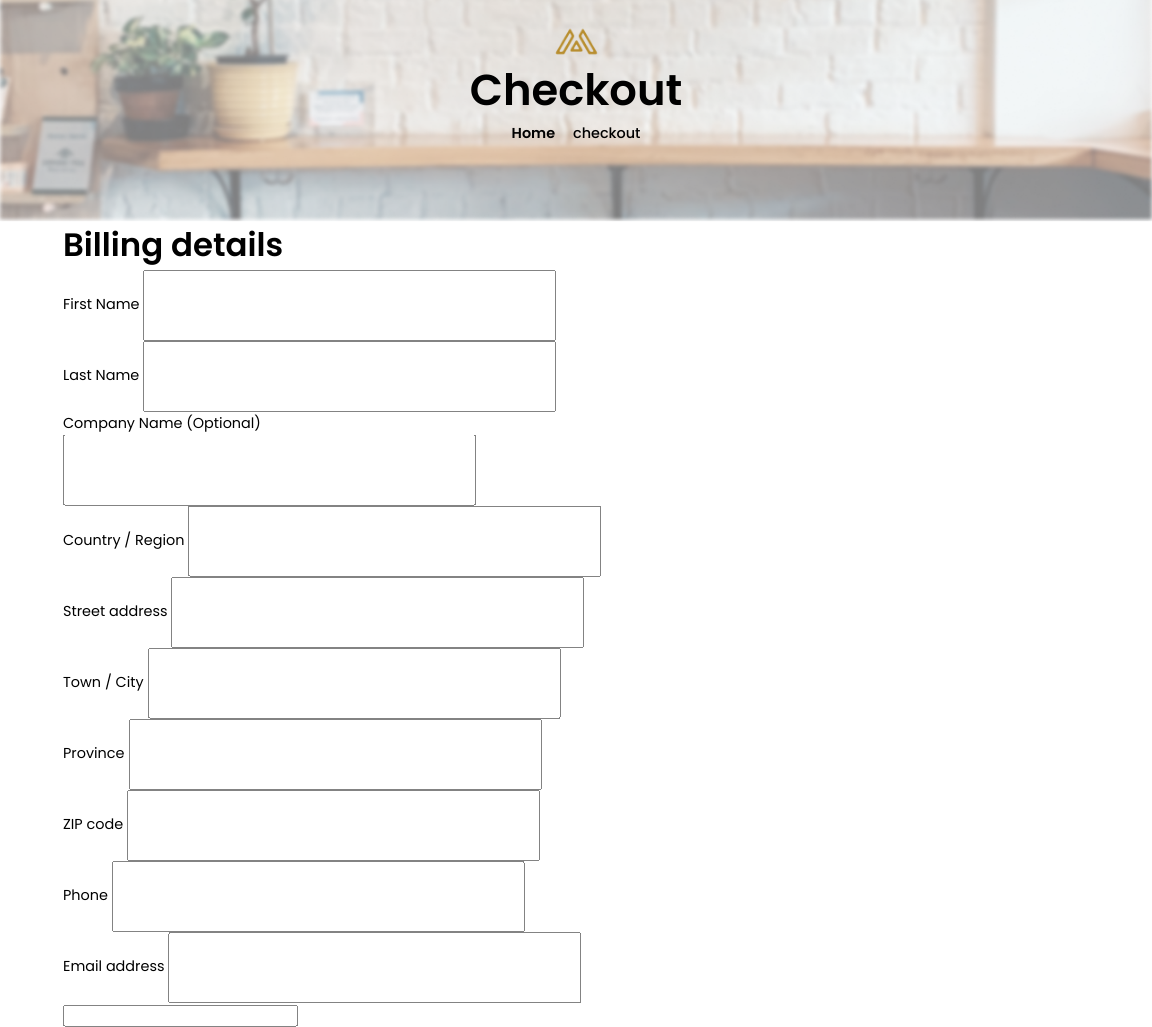
Repository: DT2301/project
Page: checkout.html
The author's editor kept a copy of each file at every save. The page is drawn from the files as they stood at one save, then again after the next save.
The browser window is 1280 px wide. The pictures show the part of the page from y = 142 to 1283 px (the page is 1283 px tall before and 1033 px after), at 90% of full size.
A picture or video elsewhere on the page could not be fetched, so the positions and the page height are approximate.

Above is the page before, as saved 2024-01-08 09:32:05.

After the next save:
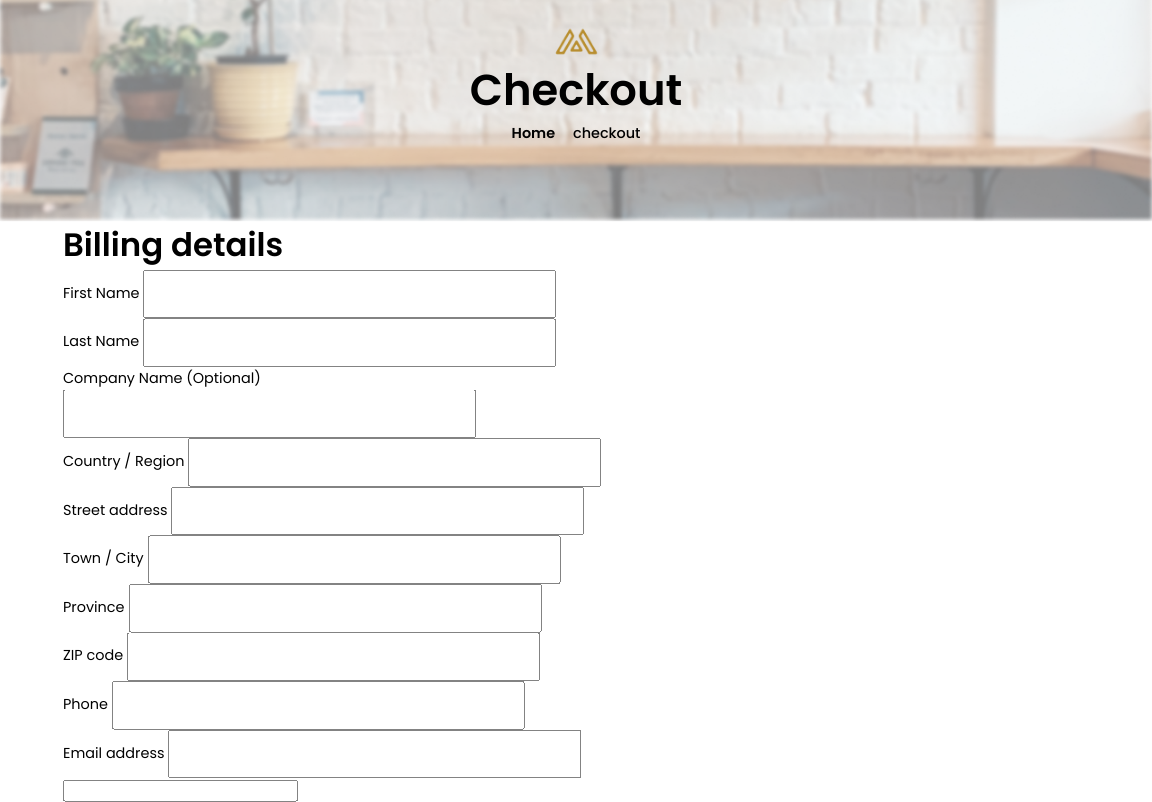
Saved 73 s later.
--- a/checkout.css
+++ b/checkout.css
@@ -118,5 +118,5 @@ ul {
 
 .billingdetail .input:not(:last-child) input{
     width: 455px;
-    height: 75px;
+    height: 50px;
 }
